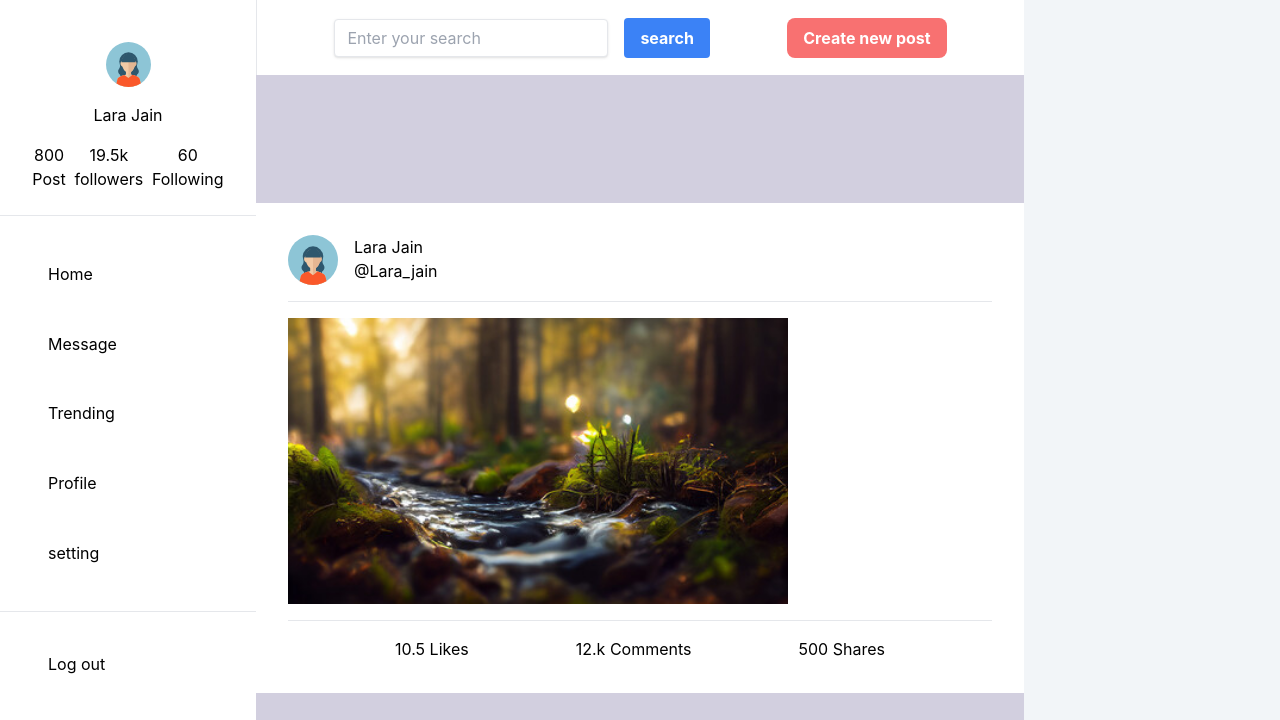
Repository: cosmicswati/upgrad-captions-project
Page: /
The author's editor kept a copy of each file at every save. The page is drawn from the files as they stood at one save, then again after the next save.
The browser window is 1280 px wide. The pictures show the whole page.
An inner scrolling area shows only its first screen. The project was rebuilt for these pictures with package versions that can differ from the ones it lists, and the page was loaded fresh each time. Also part of the build but not shown: src/modules/Authorization/Form.jsx, src/modules/Authorization/index.js.

Above is the page before, as saved 2024-04-09 16:21:58.

After the next save:
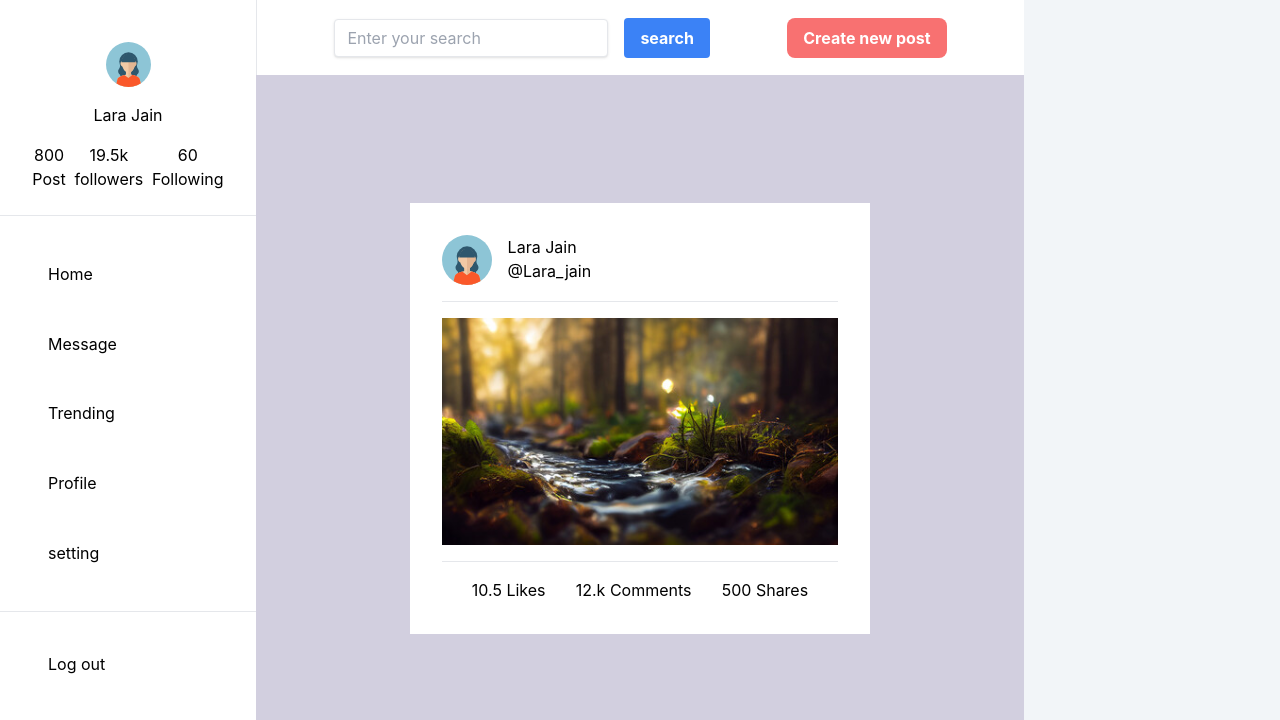
Saved 45 s later.
--- a/src/modules/Home/index.js
+++ b/src/modules/Home/index.js
@@ -1,76 +1,91 @@
-import React from 'react';
-import { ReactComponent as Avatar } from '../../assets/Avatar.svg';
+import React from 'react'
+import { ReactComponent as Avatar} from '../../assets/Avatar.svg'
 import Input from '../../components/Input';
 import Button from '../../components/Button';
-import postImg from '../../assets/postImg.jpg';
+import postImg from '../../assets/postImg.jpg'
 
 const Home = () => {
   return (
-    <div className='h-screen bg-[#d2cfdf] flex overflow-hidden'>
-      <div className='w-[20%] bg-white flex flex-col'>
-        <div className='h-[30%] flex justify-center items-center border-b'>
-          <div className='flex flex-col justify-center items-center'>
-            <Avatar width={'45px'} height={'45px'} />
-            <p className='my-4'>Lara Jain</p>
-            <div className='h-[30px] flex justify-around w-[200px] text-center'>
-              <div className='flex flex-col justify-around items-center'>
-                <h4>800</h4>
-                <p>Post</p>
-              </div>
-              <div>
-                <h4>19.5k</h4>
-                <p>followers</p>
-              </div>
-              <div>
-                <h4>60</h4>
-                <p>Following</p>
-              </div>
+    <div className='h-screen bg-[#d2cfdf]  flex overflow-hidden'>
+        <div className='w-[20%] bg-white flex flex-col'>
+            <div className='h-[30%] flex justify-center items-center border-b'>
+                <div className='flex flex-col justify-center items-center'>
+                    <Avatar width={'45px'} height={'45px'}/>
+                    <p className='my-4'>Lara Jain</p>
+                    <div className='h-[30px] flex justify-around w-[200px] text-center'>
+                        <div className='flex flex-col justify-around items-center'>
+                            <h4>800</h4>
+                            <p>Post</p>
+                        </div>
+                        <div>
+                            <h4>19.5k</h4>
+                            <p>followers</p>
+                        </div>
+                        <div>
+                            <h4>60</h4>
+                            <p>Following</p>
+                        </div>
+                    </div>
+                </div>
             </div>
-          </div>
+            <div className='h-[55%] flex flex-col justify-evenly pl-12 border-b'>
+                    <div>Home</div>
+                    <div>Message</div>
+                    <div>Trending</div>
+                    <div>Profile</div>
+                    <div>setting</div>
+            </div>
+            <div className='h-[15%] pt-10'>
+                <div className='ml-12 cursor-pointer'>Log out</div>
+            </div>
         </div>
-        <div className='h-[55%] flex flex-col justify-evenly pl-12 border-b'>
-          <div>Home</div>
-          <div>Message</div>
-          <div>Trending</div>
-          <div>Profile</div>
-          <div>setting</div>
+        <div className='w-[60%] overflow-scroll h-full scrollbar-hide'>
+            <div className='bg-white h-[75px] border-l flex justify-evenly items-center pt-4'>
+                 <div className='flex justify-center items-center'>
+                    <Input placeholder='Enter your search '/>
+                    <Button label='search'  className='mb-4 ml-4'/>
+                 </div>
+                 <Button label='Create new post'  className='rounded-lg bg-red-400 hover:bg-red-500 mb-4'/>
+            </div>
+            <div className='bg-white w-[60%]  mx-auto mt-32 p-8'>
+                <div className='border-b flex item-center pb-4 mb-4'>
+                    <Avatar width={'50px'} height={'50px'} />
+                   <div className='ml-4'>
+                   <h3>Lara Jain</h3>
+                    <p>@Lara_jain</p>
+                   </div>
+                </div>
+                <div className='border-b pb-4 mb-4'>
+                    <img src={postImg} width={'500px'}/>
+                </div>
+                <div className='flex justify-evenly mt-4'>
+                    <div>10.5 Likes</div>
+                    <div>12.k Comments</div>
+                    <div>500 Shares</div>
+                </div>
+            </div>
+            <div className='bg-white w-[60%]  mx-auto mt-32 p-8'>
+                <div className='border-b flex item-center pb-4 mb-4'>
+                    <Avatar width={'50px'} height={'50px'} />
+                   <div className='ml-4'>
+                   <h3>Lara Jain</h3>
+                    <p>@Lara_jain</p>
+                   </div>
+                </div>
+                <div className='border-b pb-4 mb-4'>
+                    <img src={postImg} width={'500px'}/>
+                </div>
+                <div className='flex justify-evenly mt-4'>
+                    <div>10.5 Likes</div>
+                    <div>12.k Comments</div>
+                    <div>500 Shares</div>
+                </div>
+            </div>
         </div>
-        <div className='h-[15%] pt-10'>
-          <div className='ml-12 cursor-pointer'>Log out</div>
-        </div>
-      </div>
-      <div className='w-[60%] overflow-scroll scrollbar-hide'>
-        <div className='bg-white h-[75px] border-l flex justify-evenly items-center pt-4'>
-          <div className='flex justify-center items-center'>
-            <Input placeholder='Enter your search ' />
-            <Button label='search' className='mb-4 ml-4' />
-          </div>
-          <Button
-            label='Create new post'
-            className='rounded-lg bg-red-400 hover:bg-red-500 mb-4'
-          />
-        </div>
-        <div className='bg-white mx-auto mt-32 p-8'>
-          <div className='border-b flex item-center pb-4 mb-4'>
-            <Avatar width={'50px'} height={'50px'} />
-            <div className='ml-4'>
-              <h3>Lara Jain</h3>
-              <p>@Lara_jain</p>
-            </div>
-          </div>
-          <div className='border-b pb-4 mb-4'>
-            <img src={postImg} alt='Post' width={'500px'} />
-          </div>
-          <div className='flex justify-evenly mt-4'>
-            <div>10.5 Likes</div>
-            <div>12.k Comments</div>
-            <div>500 Shares</div>
-          </div>
-        </div>
-      </div>
-      <div className='w-[20%] bg-[#F2F5F8]'></div>
+
+        <div className='w-[20%] bg-[#F2F5F8]'></div>
     </div>
-  );
-};
+  )
+}
 
-export default Home;
+export default Home
